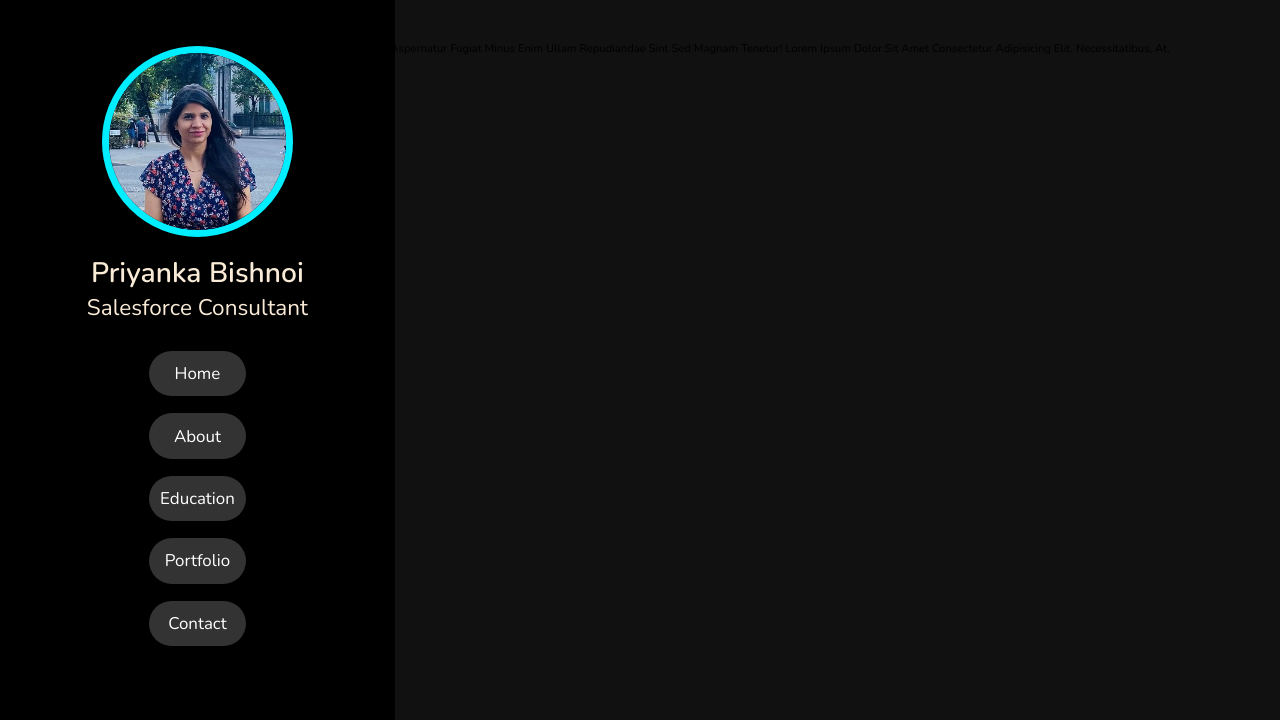
Repository: priyanka-bishnoi/PortfolioPage
Page: MyPage.html
These files come from the project's save history. The page is drawn as it stood at one moment and after the next save; the edit follows.
The browser window is 1280 px wide. The pictures show the whole page.

Above is the page before, as saved 2022-10-08 16:31:53.

After the next save:
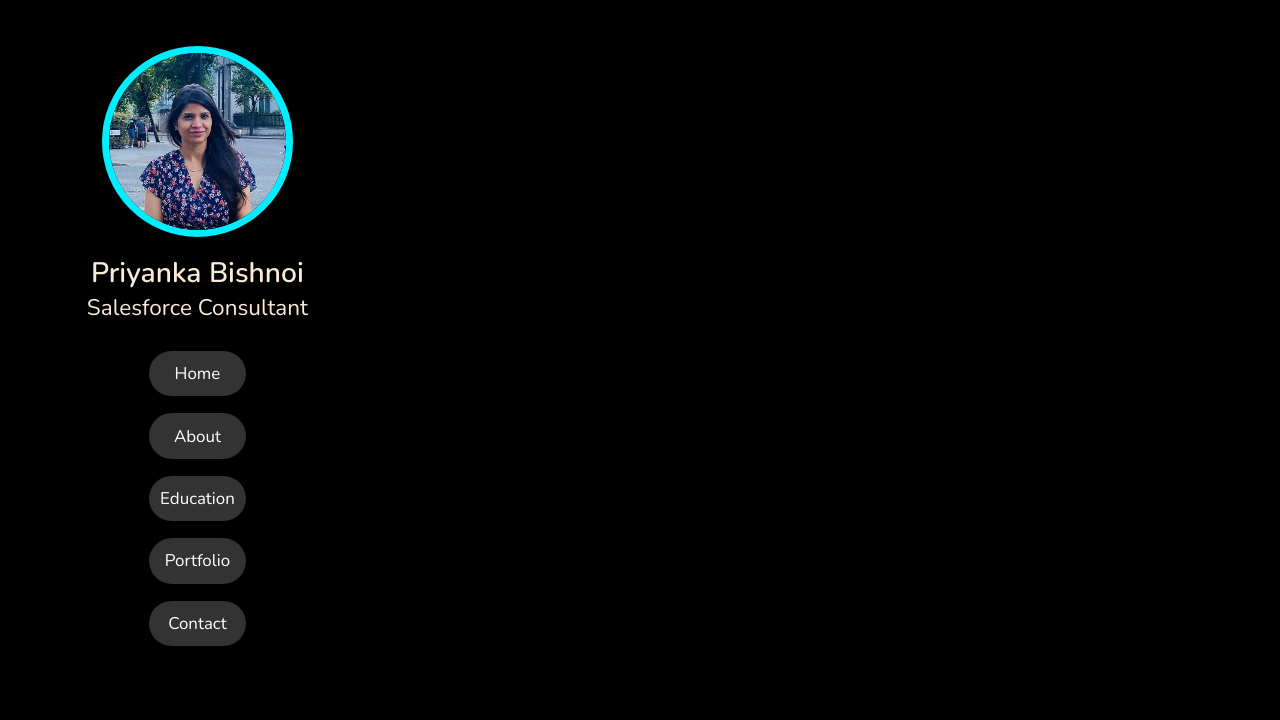
Saved 24 s later.
--- a/css/style.css
+++ b/css/style.css
@@ -32,9 +32,7 @@
     flex-flow: column;
     text-align: center;
 }
-body{
-    background: #111;
-}
+
 header .user img {
     height: 17rem;
     width: 17rem;

After the save that followed:
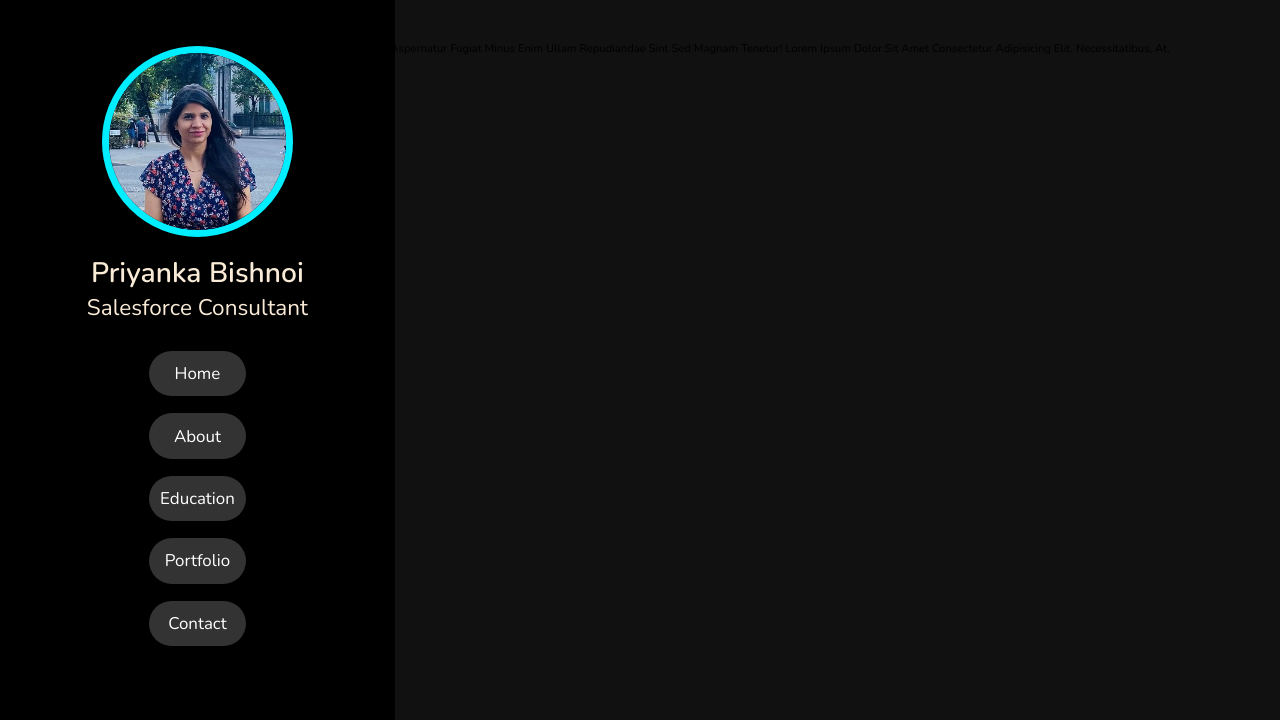
Saved 8 s later.
--- a/css/style.css
+++ b/css/style.css
@@ -32,7 +32,9 @@
     flex-flow: column;
     text-align: center;
 }
-
+body{
+    background: #111;
+}
 header .user img {
     height: 17rem;
     width: 17rem;
